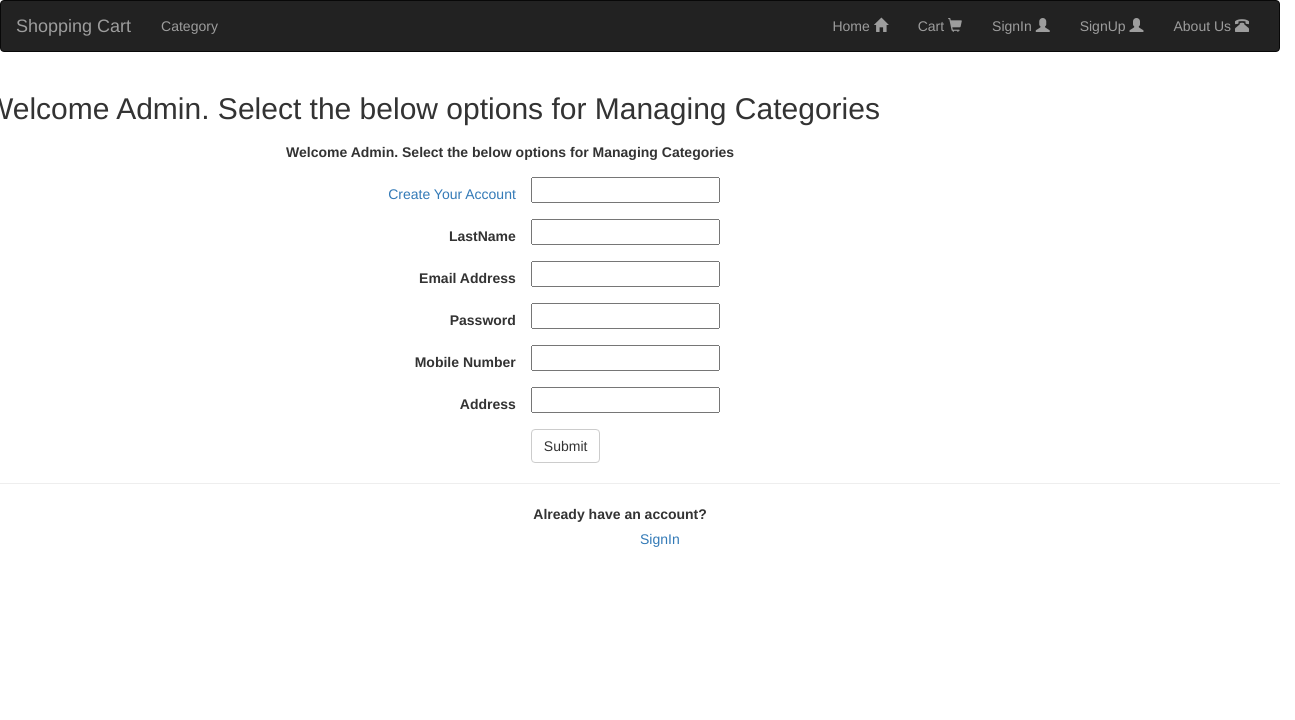
Repository: KaustubhKamat/ShoppingCartProject
Page: http://localhost/NewShoppingCart/WEB-INF/views/Category.jsp
An editor plug-in stored every save of this project. The page is shown before and after the next save, followed by the edit.
The browser window is 1280 px wide. The page is 1295 px wide, so the pictures cover 1295 px, including what lies to the right of the window. The pictures show the whole page.
Some web libraries are served in a nearby version. The page is served by Tomcat 9. Nobody is signed in. Other server files are loaded and not shown. The template is opened directly, without the code that normally fills it, so the values that code supplies are empty.

Above is the page before, as saved 2017-01-12 06:22:02.

### NewShoppingCart/src/main/webapp/WEB-INF/views/Category.jsp
<%@ page language="java" contentType="text/html; charset=ISO-8859-1"
    pageEncoding="ISO-8859-1"%>
<!DOCTYPE html PUBLIC "-//W3C//DTD HTML 4.01 Transitional//EN" "http://www.w3.org/TR/html4/loose.dtd">
<%@ taglib uri="http://java.sun.com/jsp/jstl/core" prefix="c"%>
<%@ taglib uri="http://www.springframework.org/tags" prefix="spring"%>
<%@ taglib uri="http://www.springframework.org/tags/form" prefix="form"%>
<%@ taglib prefix="form" uri="http://www.springframework.org/tags/form"%>
<html>
<head>
<link rel="stylesheet"
	href="https://maxcdn.bootstrapcdn.com/bootstrap/3.3.7/css/bootstrap.min.css">
<script
	src="https://ajax.googleapis.com/ajax/libs/jquery/3.1.1/jquery.min.js"></script>
<script
	src="https://maxcdn.bootstrapcdn.com/bootstrap/3.3.7/js/bootstrap.min.js"></script>
<meta http-equiv="Content-Type" content="text/html; charset=ISO-8859-1">
<title>Insert title here</title>
</head>
<body>
<jsp:include page="NavBar.jsp"></jsp:include>

	<form class="form-horizontal">
		<div class="form-group">
		<h2>Welcome Admin. Select the below options for Managing Categories</h2>
			<label class="col-sm-7 control-label">Welcome Admin. Select the below options for Managing Categories</label>
		</div>
		<div class="form-group">
			<a href="Register" class="col-sm-5 control-label"> Create Your Account</a>
				<input type="text" name="FirstName">
			</div>
		</div>
		<div class="form-group">
			<label class="col-sm-5 control-label">LastName</label>
			<div class="col-sm-15">
				<input type="text" name="LastName"><br>
			</div>
		</div>
		<div class="form-group">
			<label class="col-sm-5 control-label">Email Address</label>
			<div class="col-sm-15">
				<input type="text" name="EmailId"><br>
			</div>
		</div>
		<div class="form-group">
			<label class="col-sm-5 control-label">Password</label>
			<div class="col-sm-15">
				<input type="password" name="password"><br>
			</div>
		</div>
		<div class="form-group">
			<label class="col-sm-5 control-label">Mobile Number</label>
			<div class="col-sm-15">
				<input type="text" name="MobileNo"><br>
			</div>
		</div>
		<div class="form-group">
			<label class="col-sm-5 control-label">Address</label>
			<div class="col-sm-15">
				<input type="text" name="Address"><br>
			</div>
		</div>
		<div class="form-group">
			<div class="col-sm-offset-5 col-sm-20">
				<button type="submit" class="btn btn-default">Submit</button>
			</div>
		</div>
		<hr>
		<div class="col-sm-offset-5 col-sm-15">
			<label class="col-sm-4control-label">Already have an account?</label>
		</div>
		<div class="col-sm-offset-6 col-sm-15">
			<a href="login">SignIn</a>
		</div>
	</form>
</body>
</html>

### NewShoppingCart/src/main/webapp/WEB-INF/views/NavBar.jsp
<%@ page language="java" contentType="text/html; charset=ISO-8859-1"
	pageEncoding="ISO-8859-1"%>
<%@ taglib uri="http://java.sun.com/jsp/jstl/core" prefix="c"%>
<!DOCTYPE html PUBLIC "-//W3C//DTD HTML 4.01 Transitional//EN" "http://www.w3.org/TR/html4/loose.dtd">
<html>
<head>
<meta http-equiv="Content-Type" content="text/html; charset=ISO-8859-1">
<title>Insert title here</title>
</head>
<style>
.navbar-default {
	background-color: #F75D59;
	font-size: medium;
}

.dropdown-menu>li>a:hover {
	background-color: silver;;
	background-image: none;
}
.LoggedInUser{
color: white;

}
</style>
<body>

	<nav class="navbar navbar-inverse">
	<div class="container-fluid">
		<div class="navbar-header">
			<button type="button" class="navbar-toggle collapsed"
				data-toggle="collapse" data-target="#bs-example-navbar-collapse-1"
				aria-expanded="false">
				<span class="sr-only">Toggle navigation</span> <span
					class="icon-bar"></span> <span class="icon-bar"></span> <span
					class="icon-bar"></span>
			</button>
			<a class="navbar-brand" href="Home">Shopping Cart</a>
			<ul class="nav navbar-nav navbar-right">
				<li><a href="CategoryList">Category</a>
				<%-- <li class="active"><a href=>Link <span class="sr-only">(current)</span></a></li>
				<c:forEach items="${categoryList}" var="category">
				<li class="dropdown"><a href="#" class="dropdown-toggle"
					data-toggle="dropdown" >${category.name} <span
						class="caret"></span></a>
					<ul class="dropdown-menu" role="menu">
					<c:forEach items="${category.products}" var="product">
						<li><a href="/AddProduct/getList?pid=${product.id}">${product.name}</a></li>

						</c:forEach>
					</ul> </li>
					</c:forEach>  --%>
		</li>
		</ul>
		</div>

		<!-- Collect the nav links, forms, and other content for toggling -->
		<div class="collapse navbar-collapse"
			id="bs-example-navbar-collapse-1">
			<ul class="nav navbar-nav">

			</ul>
			<form class="navbar-form navbar-left">


			</form>
			<ul class="nav navbar-nav navbar-right">
				<li><a href="Home">Home <span
						class="glyphicon glyphicon-home"></span></a>
				<li><a href="Cart">Cart <span
						class="glyphicon glyphicon-shopping-cart"></span></a></li>

				<c:if test="${not empty LoggedInUser}">
					<li>Welcome ${LoggedInUser}</li>
				</c:if>
				<c:if test="${empty LoggedInUser}">
					<li><a href="login">SignIn <span
							class="glyphicon glyphicon-user"></span></a></li>
				</c:if>


				<%-- <c:choose>
						<c:when test="${empty LoggedInUser}">
							<li><a href="login">SignIn <span class="glyphicon glyphicon-user"></span></a></li>
						</c:when>
						<c:otherwise>
							<li>${LoggedInUser}</li>
						</c:otherwise>
						</c:choose>  --%>

				<c:if test="${empty LoggedInUser}">
					<li><a href="Register">SignUp <span
							class="glyphicon glyphicon-user"></span></a></li>
				</c:if>
				<c:if test="${not empty LoggedInUser}">
					<li><a href="Logout">Logout</a></li>
				</c:if>

				<%-- <c:choose>
						<c:when test="${empty LoggedInUser} }">
						<li><a href="Register">SignUp </a></li>
						</c:when>
						<c:otherwise>
						<li><a href="Logout">LogOut </a></li>
						</c:otherwise>
						</c:choose>   --%>


				<li><a href="AboutUs">About Us <span
						class="glyphicon glyphicon-phone-alt"></span></a></li>

			</ul>

		</div>
		<!-- /.navbar-collapse -->
	</div>
	<!-- /.container-fluid --> </nav>


</body>
</html>

After the next save:
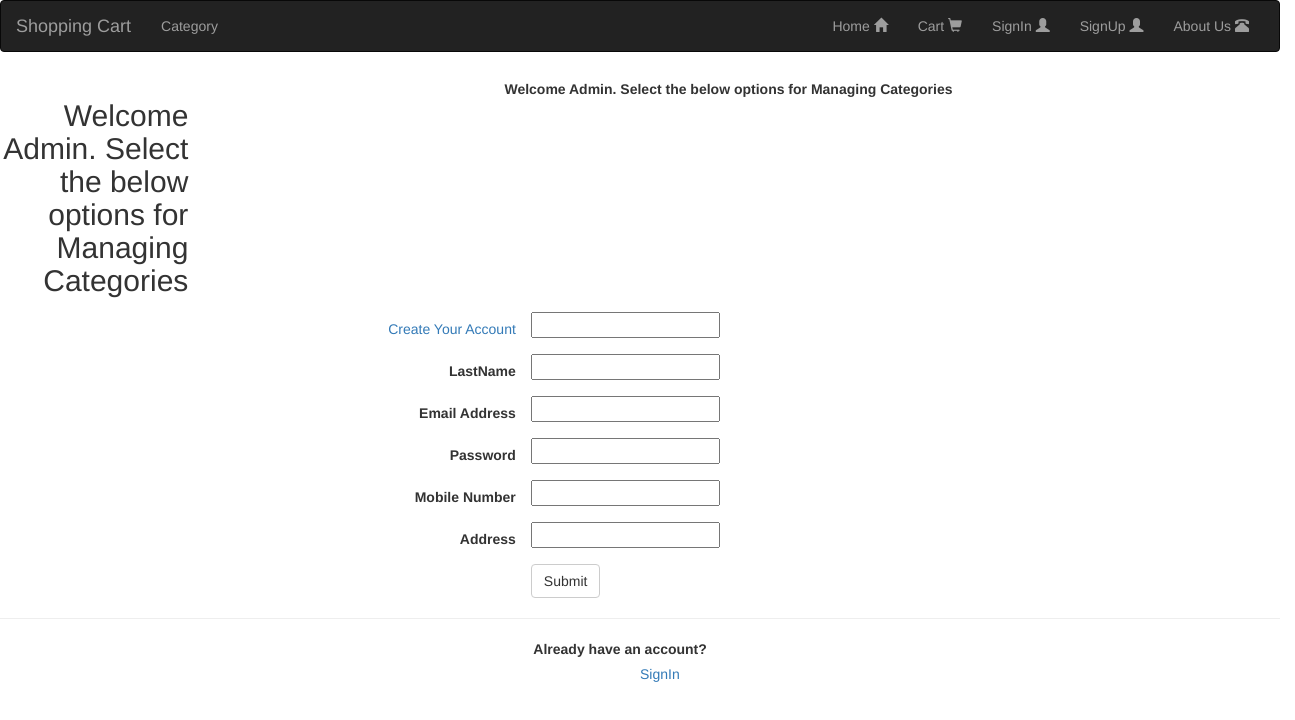
Saved 30 s later.
--- a/NewShoppingCart/src/main/webapp/WEB-INF/views/Category.jsp
+++ b/NewShoppingCart/src/main/webapp/WEB-INF/views/Category.jsp
@@ -21,7 +21,7 @@
 
 	<form class="form-horizontal">
 		<div class="form-group">
-		<h2>Welcome Admin. Select the below options for Managing Categories</h2>
+		<h2 class="col-sm-2 control-label">Welcome Admin. Select the below options for Managing Categories</h2>
 			<label class="col-sm-7 control-label">Welcome Admin. Select the below options for Managing Categories</label>
 		</div>
 		<div class="form-group">
